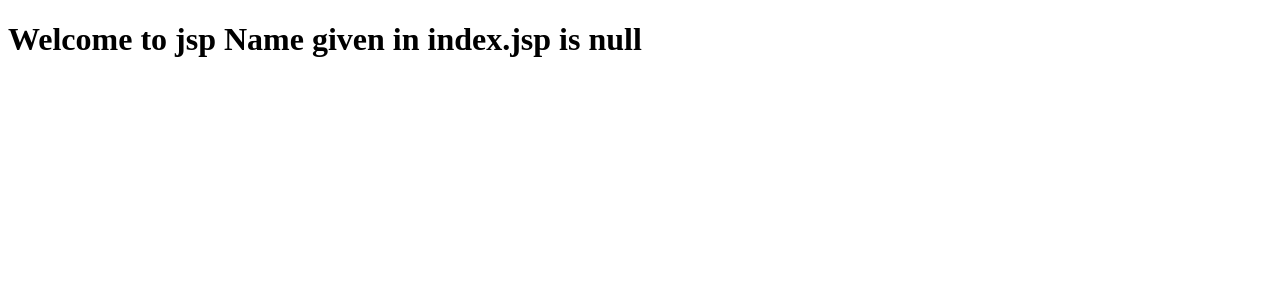
Repository: LUKKAROSHINI/Enterprise-Programming
Page: http://localhost/JspDemo/hello.jsp
An editor plug-in stored every save of this project. The page is shown before and after the next save, followed by the edit.
The browser window is 1280 px wide. The pictures show the whole page.
The page is served by Tomcat 9.

Above is the page before, as saved 2024-06-17 09:15:22.

After the next save:
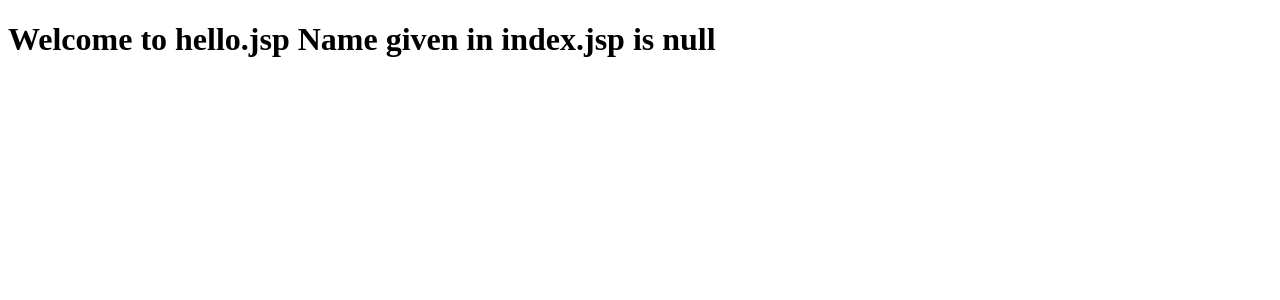
Saved 98 s later.
--- a/JspDemo/src/main/webapp/hello.jsp
+++ b/JspDemo/src/main/webapp/hello.jsp
@@ -11,8 +11,8 @@
 <body>
 <h1>
 <%
- out.println("Welcome to jsp");
-String name = request.getParameter("str");
+ out.println("Welcome to hello.jsp");
+String name = request.getParameter("roshini");
 out.print("Name given in index.jsp is "+name);
 
 %>
